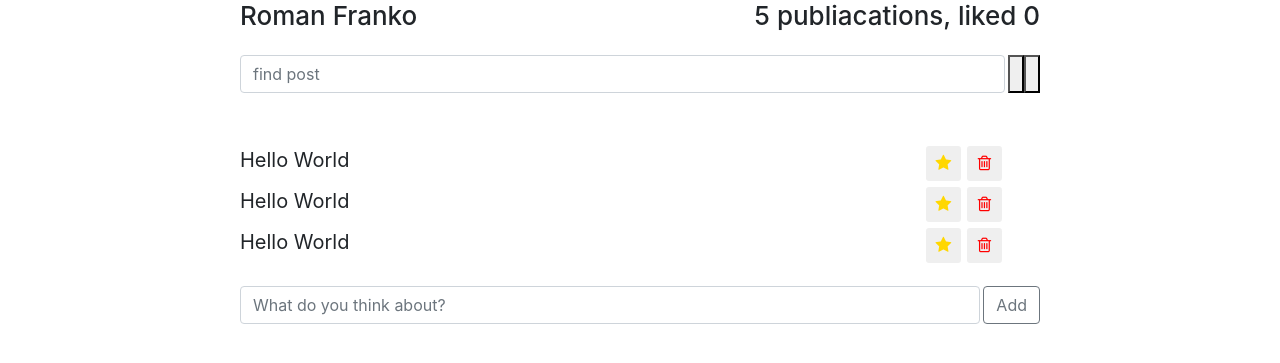
Repository: RomanFPL/Like-twiter
Page: /
The author's editor kept a copy of each file at every save. The page is drawn from the files as they stood at one save, then again after the next save.
The browser window is 1280 px wide. The pictures show the whole page.
The project was rebuilt for these pictures with package versions that can differ from the ones it lists, and the page was loaded fresh each time.

Above is the page before, as saved 2021-03-22 23:36:00.

After the next save:
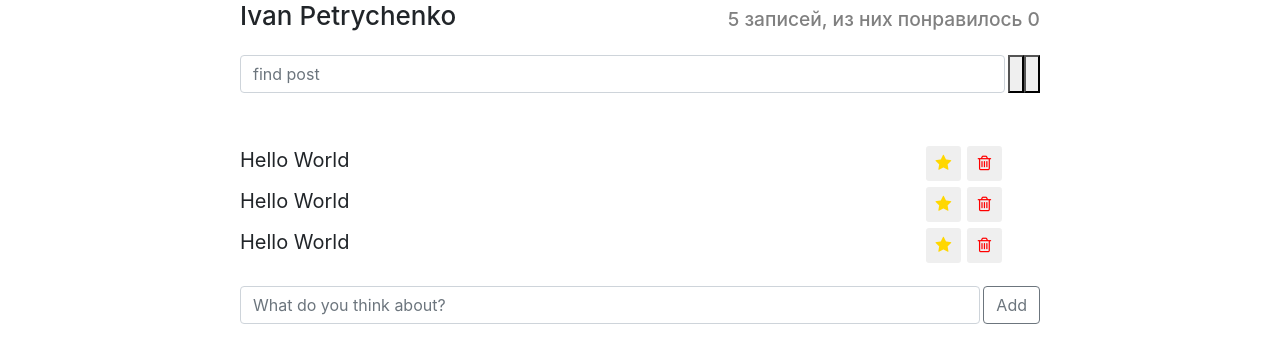
Saved 34 s later.
--- a/src/components/app-header/header.js
+++ b/src/components/app-header/header.js
@@ -1,12 +1,12 @@
 import React from 'react';
 
-import './app-header.css';
+import './app-header.css'
 
 const AppHeader = () => {
     return (
         <div className="app-header d-flex">
-            <h1>Roman Franko</h1>
-            <h1>5 publiacations, liked 0</h1>
+            <h1>Ivan Petrychenko</h1>
+            <h2>5 записей, из них понравилось 0</h2>
         </div>
     )
 }
